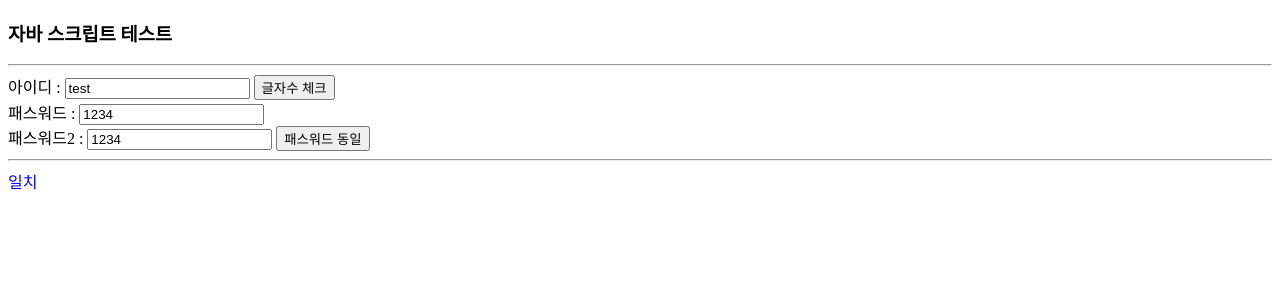
Repository: songhyeonjun/java
Page: http://localhost/spring05/js1.jsp
The author's editor kept a copy of each file at every save. The page is drawn from the files as they stood at one save, then again after a run of saves.
The browser window is 1280 px wide. The pictures show the whole page.
After loading, the first visible `button[onclick="pwCheck()"]` was clicked once.
The page is served by Tomcat 9. Other server files are loaded and not shown.

Above is the page before, as saved 2022-02-17 02:51:34.

### spring05/src/main/webapp/js1.jsp
<%@ page language="java" contentType="text/html; charset=UTF-8"
    pageEncoding="UTF-8"%>
<!DOCTYPE html>
<html>
<head>
<meta charset="UTF-8">
<title>Insert title here</title>
<script>
function idCheck() {
	// id에 입력한 값을 가져고 와서
	// 글자수가 5 미만이면 다시 작성하세요. 메시지 프린트
	// 미리 객체를 생성해 놨음 ==> 내장된 객체
	// window: 브라우저 전체
	// document: body태그 부분
	// console: 개발할 때 확인하는 창
	// location: 주소부분, location.href =""
	idValue = document.getElementById("id").value; // <input name="id" id="id" value="test">
	text = "";
	if(idValue.length < 5) {
		console.log("5미만 입니다. 다시 입력해주세요");
		text = "5미만 입니다. 다시 입력해주세요"
		document.getElementById("id").value = "";
	}
	else {
		console.log("5이상 입니다.");
		text = "5이상 입니다. 확인완료";
	}
	document.getElementById("result").innerHTML = text;

}
function pwCheck() {
	pw1Value = document.getElementById("pw1").value;
	pw2Value = document.getElementById("pw2").value;
	text = "";
	if(pw1Value == pw2Value) {
		console.log("일치");
		text = "<span style='color:blue;'>일치</span>"
	}
	else {
		console.log("불일치");
		document.getElementById("pw1").value = "";
		document.getElementById("pw2").value = "";
		text = "<span style='color:red;'>불일치</span>"
	}
	document.getElementById("result").innerHTML = text;
}

</script>
</head>
<body>
<h3>자바 스크립트 테스트</h3>
<hr>
아이디 : <input name="id" id="id" value="test">
<button onclick="idCheck()">글자수 체크</button><br>
패스워드 : <input name="pw1" id="pw1" value="1234"><br>
패스워드2 : <input name="pw2" id="pw2" value="1234">
<button onclick="pwCheck()">패스워드 동일</button>
<hr>
<div id="result">
</div>
</body>
</html>

After the next 2 saves:
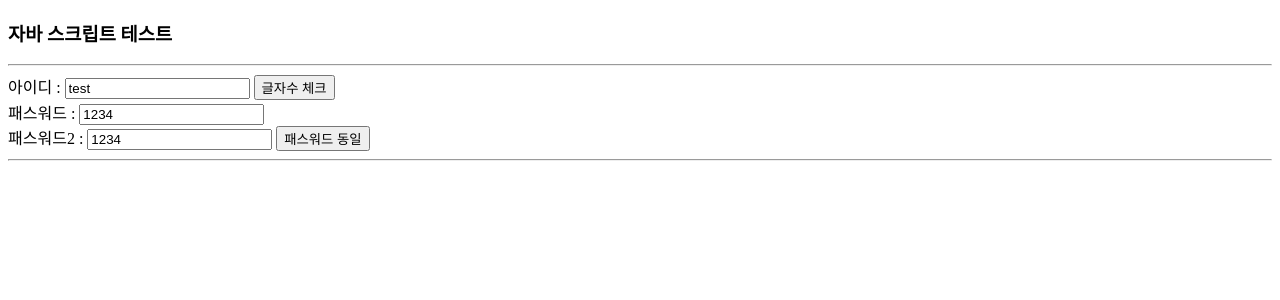
Console error: SyntaxError: Invalid or unexpected token
The 2 saves are shown as one change because they came seconds apart.
The last was saved 10 min 1 s later.
--- a/spring05/src/main/webapp/js1.jsp
+++ b/spring05/src/main/webapp/js1.jsp
@@ -34,7 +34,8 @@ function pwCheck() {
 	text = "";
 	if(pw1Value == pw2Value) {
 		console.log("일치");
-		text = "<span style='color:blue;'>일치</span>"
+		text = "<span style='color:blue;'>일치
+		+ "<img src='resources/img/ok.jpg'> </span>"
 	}
 	else {
 		console.log("불일치");
